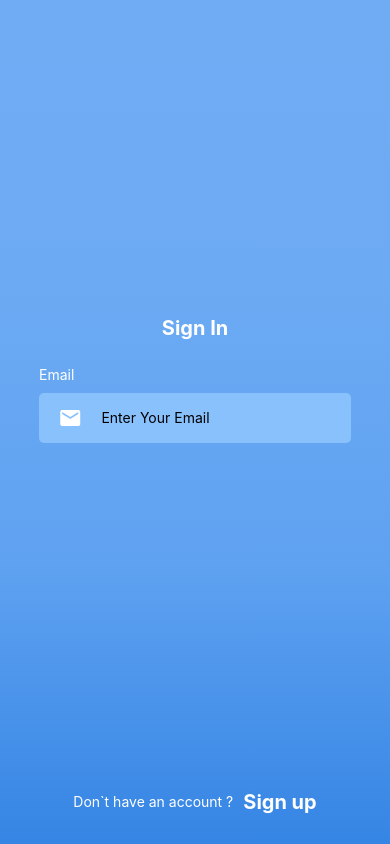
Repository: kamarajcalm/loginpage
Screen: /
These files come from the project's save history. The screen is drawn as it stood at one moment and after the next save; the edit follows.
The app was drawn by React Native's web renderer in a window 390 px wide. The project was rebuilt for these pictures with package versions that can differ from the ones it lists, and the page was loaded fresh each time.

Above is the screen before, as saved 2021-12-26 00:07:49.

After the next save:
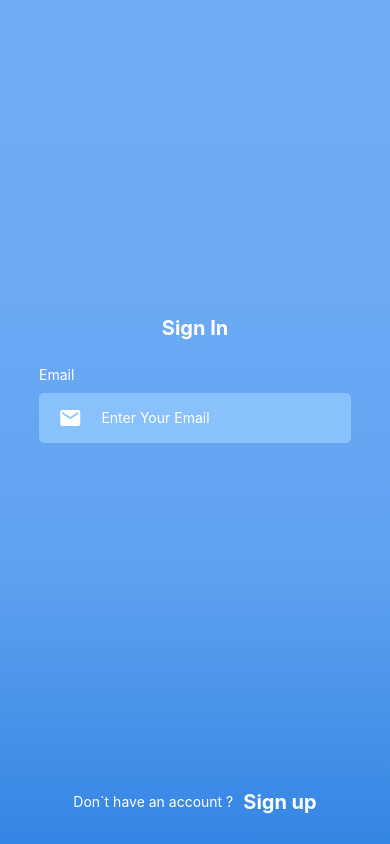
Saved 15 s later.
--- a/App.js
+++ b/App.js
@@ -92,5 +92,6 @@ const styles = StyleSheet.create({
   },
   textInput: {
     flex: 0.8,
+    color: "#fff"
   }
 });
